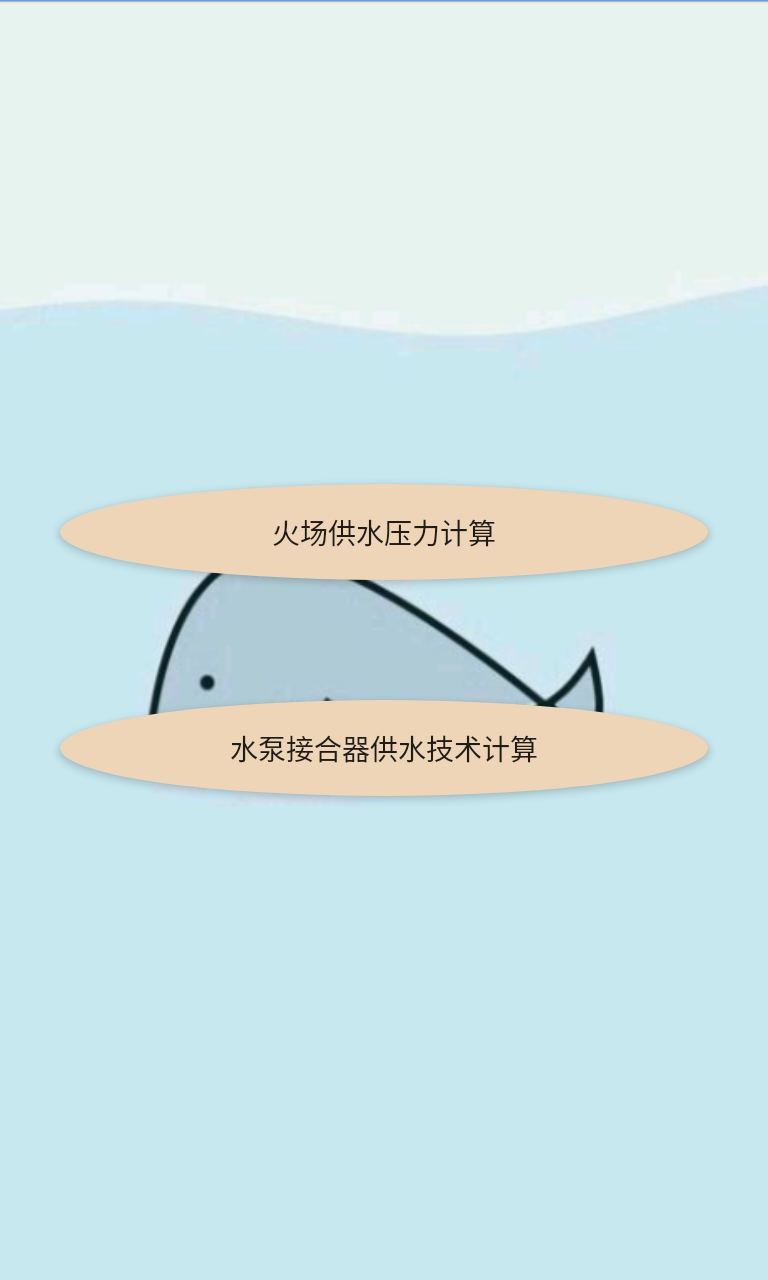
Repository: hohoTT/fireWork_handle_app
Layout: fireWork_handle_app/res/layout/water_power.xml
These files come from the project's save history. The layout is drawn as it stood at one moment and after the next save; the edit follows.
It is drawn on a 768 x 1280 px phone screen (xhdpi) without system bars, with theme AppTheme; the app's code is not run.

Above is the layout before, as saved 2016-03-06 11:56:17.

After the next save:
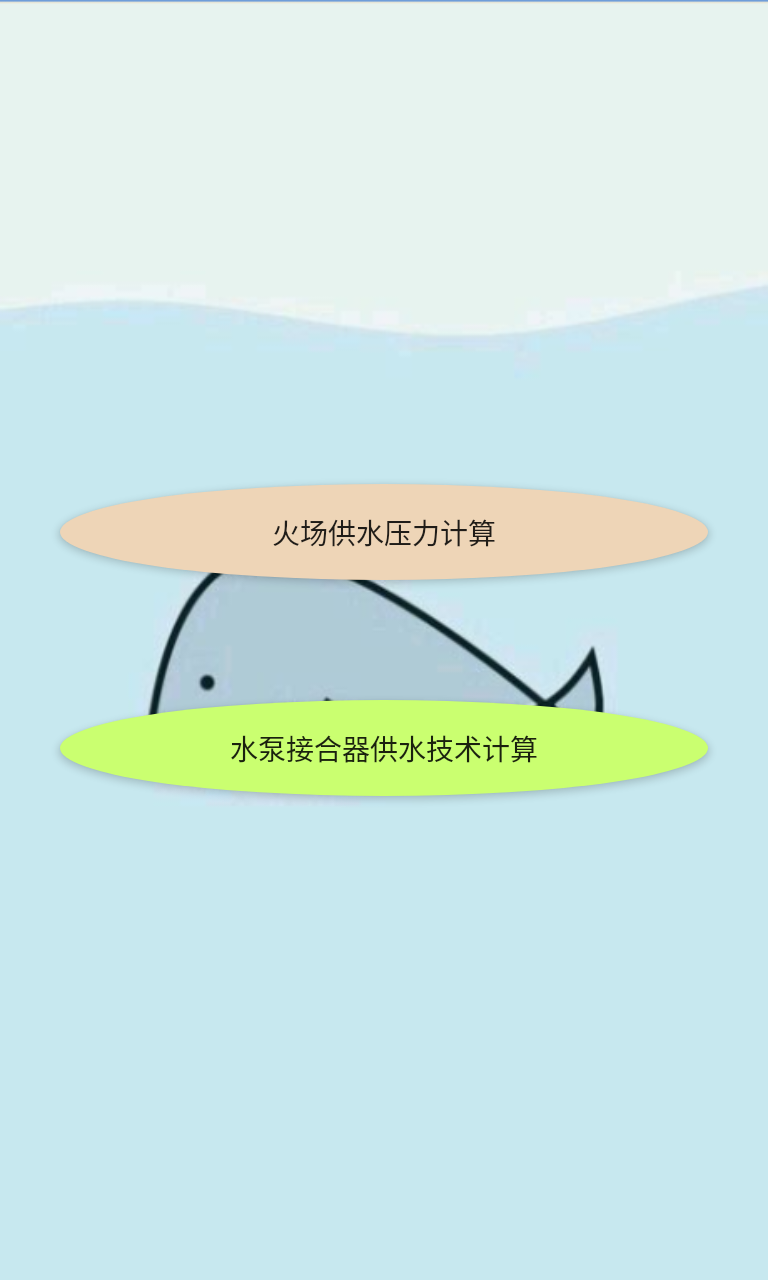
Saved 6 s later.
--- a/fireWork_handle_app/res/layout/water_power.xml
+++ b/fireWork_handle_app/res/layout/water_power.xml
@@ -20,7 +20,7 @@
 	    android:layout_height="wrap_content"
 	    android:layout_margin="30dp"
 	    android:text="@string/water_power_pump"
-	    android:background="@drawable/shape_one" />
+	    android:background="@drawable/shape_two" />
 
 
 </LinearLayout>
